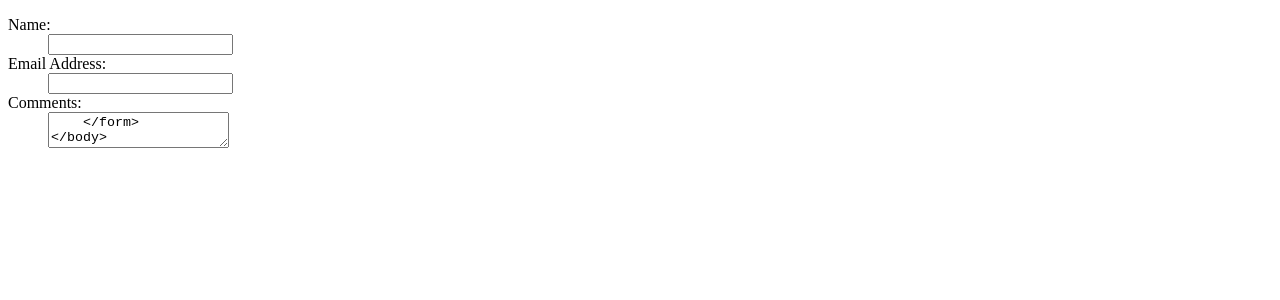
Repository: NetGary0430/htdocs
Page: http://localhost/action.php
An editor plug-in stored every save of this project. The page is shown before and after a run of saves, followed by the edit.
The browser window is 1280 px wide. The pictures show the whole page.
The page is run by PHP 8.4 with error messages shown; the project is at /var/www/html/.

Above is the page before, as saved 2025-03-09 16:50:29.

### action.php
<!DOCTYPE html>
<html lang="en">
<head>
    <meta charset="UTF-8">
    <meta name="viewport" content="width=device-width, initial-scale=1.0">
    <title>action</title>
</head>
<body>
    <form action = "action_handler.php" method = "POST">
        <dl>
            <dt> Name:
            <dd><input type = "text" name = "name">
            <dt>Email Address:
            <dd><input type = "test" name = "mail">
            <dt>Comments:
            <dd><textarea
        </dl>
    </form>
</body>
</html>

After the next 3 saves:
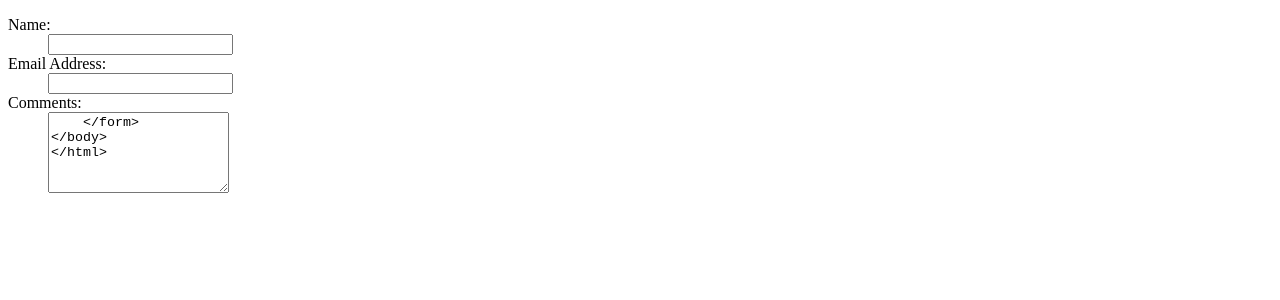
The 3 saves are shown as one change because they came seconds apart.
The last was saved 8 s later.
--- a/action.php
+++ b/action.php
@@ -13,7 +13,7 @@
             <dt>Email Address:
             <dd><input type = "test" name = "mail">
             <dt>Comments:
-            <dd><textarea
+            <dd><textarea rows = "5"
         </dl>
     </form>
 </body>
